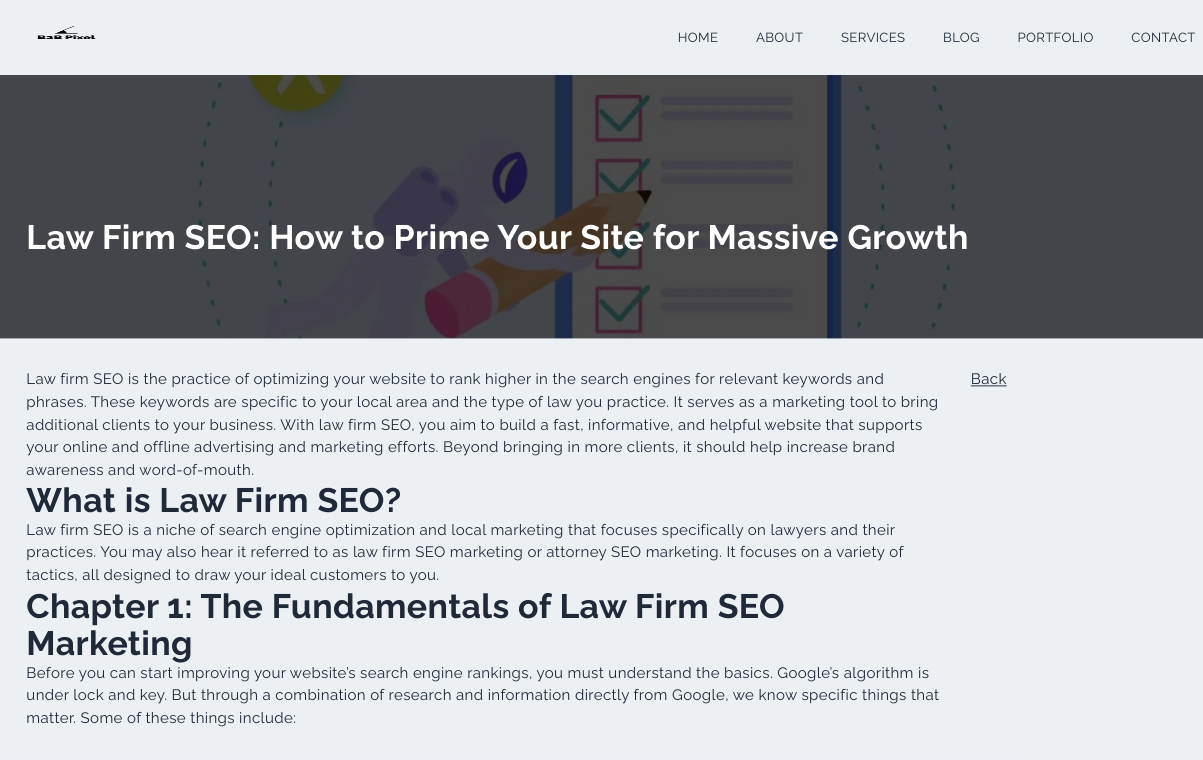
Repository: DID0101/nextjs.b2b
Page: /netflix
These files come from the project's save history. The page is drawn as it stood at one moment and after the next save; the edit follows.
The browser window is 1280 px wide. The pictures show the whole page, at 94% of full size.
The project was rebuilt for these pictures with package versions that can differ from the ones it lists, and the page was loaded fresh each time. The framework's server and built-in components were replaced by stand-ins that run in the browser. Also part of the build but not shown: next.config.js.

Above is the page before, as saved 2024-01-22 03:21:58.

After the next save:
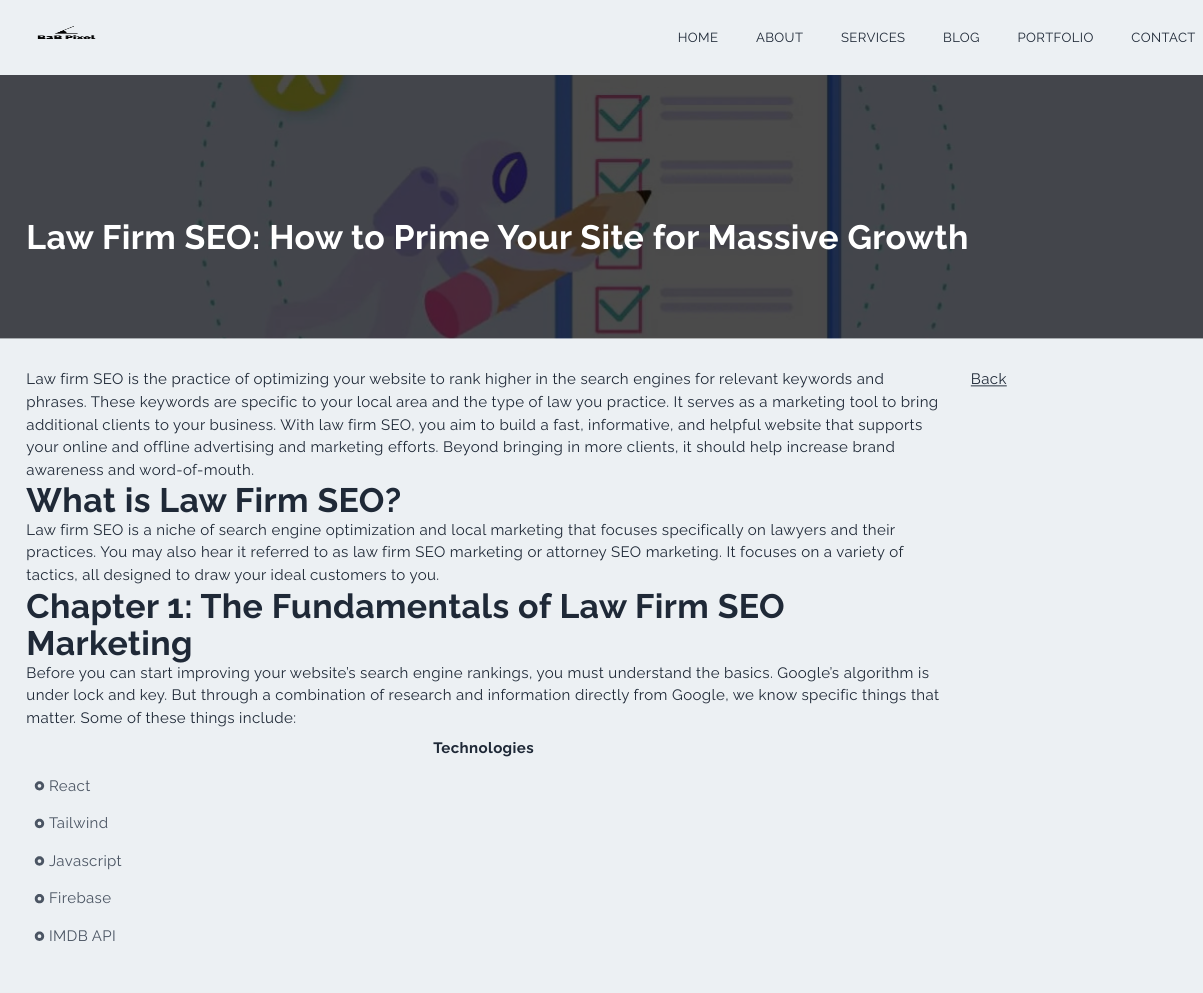
Saved 28 s later.
--- a/pages/netflix.jsx
+++ b/pages/netflix.jsx
@@ -44,7 +44,26 @@
                <p>
 
                </p>
-
+               <div className='p-2'>
+            <p className='text-center font-bold pb-2'>Technologies</p>
+            <div className='grid grid-cols-3 md:grid-cols-1'>
+              <p className='text-gray-600 py-2 flex items-center'>
+                <RiRadioButtonFill className='pr-1' /> React
+              </p>
+              <p className='text-gray-600 py-2 flex items-center'>
+                <RiRadioButtonFill className='pr-1' /> Tailwind
+              </p>
+              <p className='text-gray-600 py-2 flex items-center'>
+                <RiRadioButtonFill className='pr-1' /> Javascript
+              </p>
+              <p className='text-gray-600 py-2 flex items-center'>
+                <RiRadioButtonFill className='pr-1' /> Firebase
+              </p>
+              <p className='text-gray-600 py-2 flex items-center'>
+                <RiRadioButtonFill className='pr-1' /> IMDB API
+              </p>
+            </div>
+          </div>
 
 
           {/* <a
